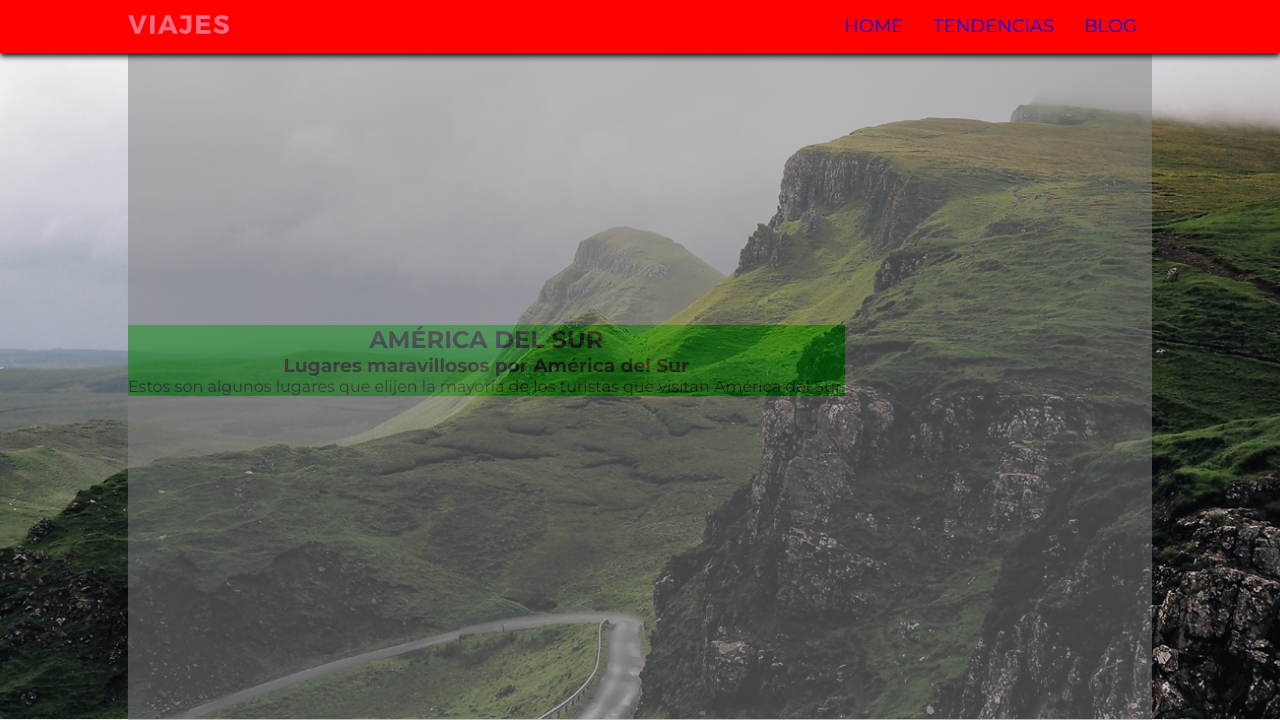
Repository: agustin-mesa/viajes
Page: /
An editor plug-in stored every save of this project. The page is shown before and after the next save, followed by the edit.
The browser window is 1280 px wide. The pictures show the whole page.
The project was rebuilt for these pictures with package versions that can differ from the ones it lists, and the page was loaded fresh each time. Also part of the build but not shown: src/components/styles/colors.module.scss.

Above is the page before, as saved 2021-11-11 18:42:02.

### public/index.html
<!DOCTYPE html>
<html lang="es">
  <head>
    <meta charset="utf-8" />
    <meta name="viewport" content="width=device-width, initial-scale=1" />
    <meta name="theme-color" content="#000000" />
    <meta
      name="description"
      content="Web site created using create-react-app"
    />
    <title>React App</title>
  </head>
  <body>
    <noscript>You need to enable JavaScript to run this app.</noscript>
    <div id="root"></div>
  </body>
</html>

### src/index.js
import React from "react";
import ReactDOM from "react-dom";
import App from "./App";
import "./index.css";

const Index = () => {
  return <App />;
};

ReactDOM.render(<Index />, document.getElementById("root"));

### src/App.js
import React from "react";
import { BrowserRouter } from "react-router-dom";
import Header from "./components/Header";
import Home from "./pages/Home";

const App = () => {
  return (
    <>
      <BrowserRouter>
        <Header />
        <Home />
      </BrowserRouter>
    </>
  );
};

export default App;

### src/index.css
@import url("https://fonts.googleapis.com/css2?family=Montserrat:wght@100;200;300;400;500;600;700&display=swap");

* {
  margin: 0;
  padding: 0;
  list-style: none;
  text-decoration: none;
  border: none;
  outline: none;
}

body {
  margin: 0;
  -webkit-font-smoothing: antialiased;
  -moz-osx-font-smoothing: grayscale;
  font-family: "Montserrat", sans-serif;
}

code {
  font-family: source-code-pro, Menlo, Monaco, Consolas, "Courier New",
    monospace;
}

### src/components/Header.js
import React from "react";
import { NavLink } from "react-router-dom";
import styled from "styled-components";

// Colors
import * as colors from "./styles/colors.module.scss";

// LOGO
import logo from "../Assets/logo/logo_01.svg";

const Header = () => {
  return (
    <ContainerHeader>
      <nav>
        <div className="header__logo">
          <NavLink to="#">
            <img src={logo} alt="Viajes" />
          </NavLink>
        </div>
        <ul>
          <li>
            <NavLink to="#">HOME</NavLink>
          </li>
          <li>
            <NavLink to="#">TENDENCIAS</NavLink>
          </li>
          <li>
            <NavLink to="#">BLOG</NavLink>
          </li>
        </ul>
      </nav>
    </ContainerHeader>
  );
};

const ContainerHeader = styled.header`
  position: fixed;
  top: 0;
  left: 0;
  right: 0;
  z-index: 999;
  background: red;
  background: ${colors.white};
  box-shadow: 0px 3px 6px ${colors.blackOpac};
  nav {
    display: flex;
    flex-direction: row;
    justify-content: space-between;
    align-items: center;
    padding: 15px 10%;
    ul {
      display: flex;
      flex-direction: row;
      justify-content: flex-end;
      align-items: center;
      width: 100%;
      li a {
        padding: 15px 15px;
        font: normal normal normal 18px/13px Montserrat;
        color: ${colors.blueRelax};
        transition: all 0.2s ease;
      }
      li a:hover {
        color: ${colors.darkblue};
      }
    }
  }
`;

export default Header;

### src/pages/Home.js
import React from "react";
import styled from "styled-components";

// IMG
import viajesHero from "../Assets/img/Viajes_Hero.jpg";

const Home = () => {
  return (
    <ContainerHome>
      <HeroWrapper>
        <div className="hero__title">
          <h2>AMÉRICA DEL SUR</h2>
          <hr />
          <h3>Lugares maravillosos por América del Sur</h3>
          <p>
            Estos son algunos lugares que elijen la mayoría de los turistas que
            visitan América del Sur.
          </p>
        </div>
      </HeroWrapper>
    </ContainerHome>
  );
};

const ContainerHome = styled.div`
  position: relative;
  width: 100%;
  height: 100vh;
  background-image: url(${viajesHero});
  background-size: cover;
  background-position: center;
`;

const HeroWrapper = styled.div`
  position: absolute;
  top: 0;
  bottom: 0;
  left: 10%;
  right: 10%;
  display: flex;
  align-items: center;
  background: grey;
  opacity: 0.5;
  .hero__title {
    display: flex;
    align-items: center;
    justify-content: center;
    flex-direction: column;
    background: green;
  }
`;

export default Home;

After the next save:
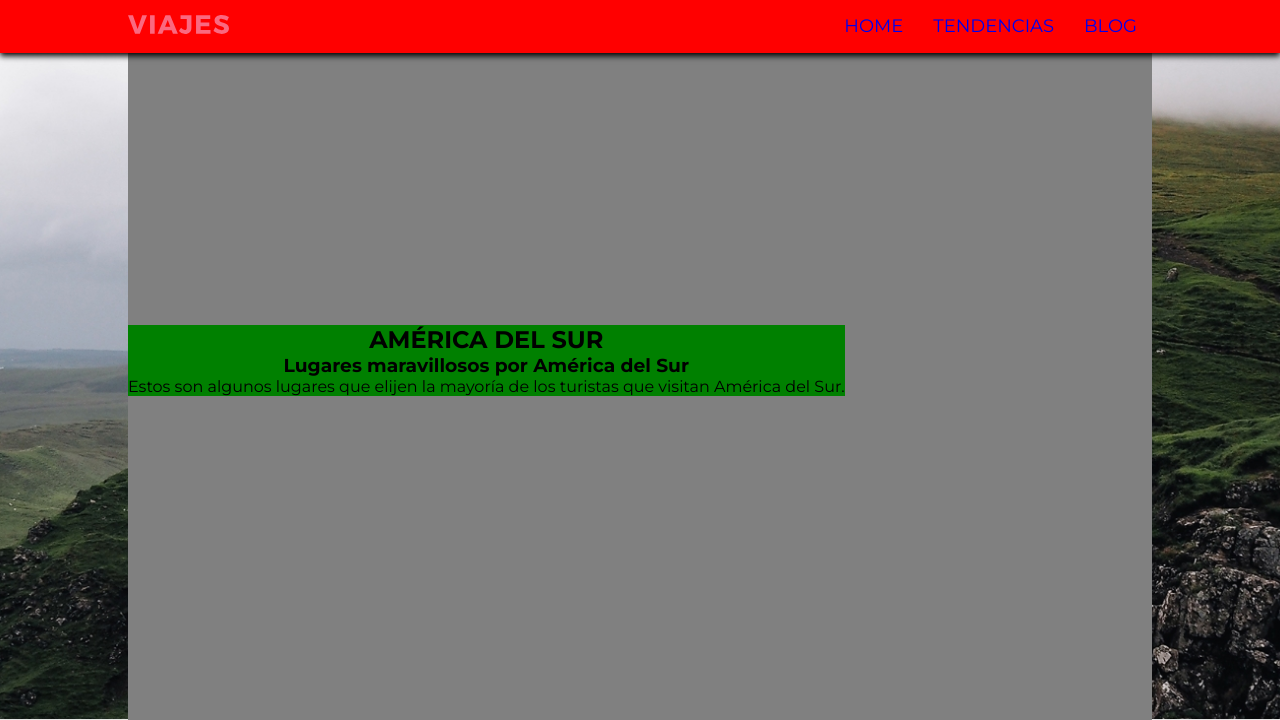
Saved 7 s later.
--- a/src/pages/Home.js
+++ b/src/pages/Home.js
@@ -40,11 +40,9 @@ const HeroWrapper = styled.div`
   display: flex;
   align-items: center;
   background: grey;
-  opacity: 0.5;
   .hero__title {
     display: flex;
     align-items: center;
-    justify-content: center;
     flex-direction: column;
     background: green;
   }
